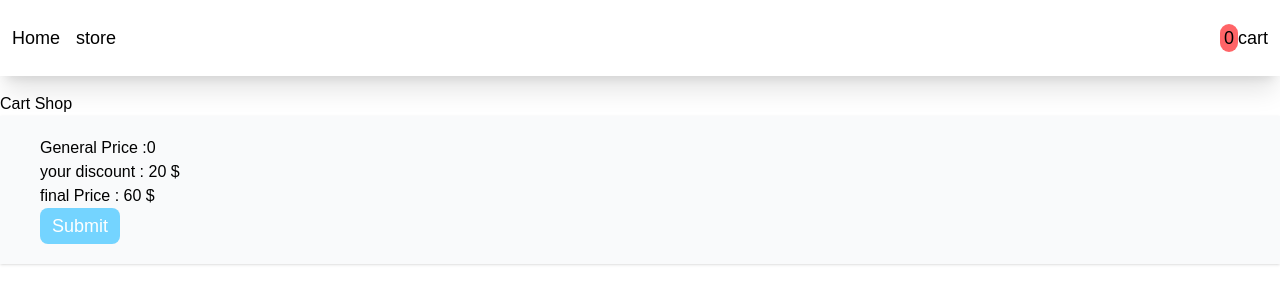
Repository: Rohullah-Noori/Nextjs-online-shop
Page: /cart
An editor plug-in stored every save of this project. The page is shown before and after the next save, followed by the edit.
The browser window is 1280 px wide. The pictures show the whole page.
The project was rebuilt for these pictures with package versions that can differ from the ones it lists, and the page was loaded fresh each time. The framework's server and built-in components were replaced by stand-ins that run in the browser. Requests to the local data server were answered from the project's data file. Also part of the build but not shown: next.config.ts, src/app/components/AddToCart.tsx, src/app/components/CartItem.tsx.

Above is the page before, as saved 2025-05-13 16:32:38.

### src/app/cart/page.tsx
"use client";

import React, { useEffect, useState } from "react";
import Container from "../components/Container";
import CartItem from "../components/CartItem";
import { useShopingContextCustim } from "../context/page";
import axios from "axios";
import { IProductsProps } from "../components/Products";
import { formatNumber } from "@/utils/number";

export default function Cart() {
  const { cart } = useShopingContextCustim();

  const [data, setData] = useState<IProductsProps[]>([]);

  useEffect(() => {
    axios(`http://localhost:3004/products`).then((res) => {
      const { data } = res;
      setData(data);
    });
  }, []);

  console.log(data);

  return (
    <Container>
      <h1>Cart Shop</h1>
      {cart.map((item) => (
        <CartItem key={item.id} {...item} />
      ))}

      <div className="shadow bg-gray-50 gap-y-3 px-10 py-5 ">
        <p>
          General Price :
          <span>
            {formatNumber(
              cart.reduce((total, item) => {
                const selectedproduct = data.find(
                  (product) => product.id == item.id.toString()
                );
                return total + (selectedproduct?.price ?? 0) * item.qty;
              }, 0)
            )}
          </span>
        </p>
        <p>
          your discount : <span>20 $</span>{" "}
        </p>
        <p>
          final Price : <span>60 $</span>
        </p>
        <div className=" flex justify-start gap-x-3">
          <button className=" px-3 py-1 rounded-lg bg-sky-300 text-white text-lg">
            Submit
          </button>
          {/* <input
            type="text"
            value={"please enter your discount code"}
            className="w-[300px] bg-sky-50 rounded-lg px-3 text-gray-400"
          /> */}
        </div>
      </div>
    </Container>
  );
}

### src/app/components/Layout.tsx
import React from "react";
import Navbar from "./Navbar";

interface IlayoutProps {
  children: React.ReactNode;
}

export default function Layout({ children }: IlayoutProps) {
  return (
    <div>
      <Navbar />
      {children}
    </div>
  );
}

### src/app/context/page.tsx
"use client";
import React, { createContext, useContext, useState } from "react";

type IshopContextProps = {
  children: React.ReactNode;
};

type cartItems = {
  id: number;
  qty: number;
};

type TshopingContext = {
  cart: cartItems[];
  HandleincreasetoCard: (id: number) => void;
  getProductqty: (id: number) => number;
  totalitemsqty: number;
  handledecreasetoCard: (id: number) => void;
  RemovehandleSubmit: (id: number) => void;
};

const shopingContext = createContext({} as TshopingContext);

export const useShopingContextCustim = () => {
  return useContext(shopingContext);
};

export default function ConextShop({ children }: IshopContextProps) {
  const [cart, setCart] = useState<cartItems[]>([]);

  const getProductqty = (id: number) => {
    return cart.find((item) => item.id == id)?.qty ?? 0;
  };

  const totalitemsqty = cart.reduce((totalgqty, item) => {
    return totalgqty + item.qty;
  }, 0);

  const HandleincreasetoCard = (id: number) => {
    setCart((prev) => {
      const isnotExist = prev.find((item) => item.id === id) == null;
      if (isnotExist) {
        return [...prev, { id: id, qty: 1 }];
      } else {
        return prev.map((item) => {
          if (item.id == id) {
            return { ...item, qty: item.qty + 1 };
          } else {
            return item;
          }
        });
      }
    });
  };

  const handledecreasetoCard = (id: number) => {
    setCart((prev) => {
      const islastOne = prev.find((item) => item.id == id)?.qty == 1;
      if (islastOne) {
        return prev.filter((item) => item.id != id);
      } else {
        return prev.map((item) => {
          if (item.id == id) {
            return {
              ...item,
              qty: item.qty - 1,
            };
          } else {
            return item;
          }
        });
      }
    });
  };

  const RemovehandleSubmit = (id: number) => {
    setCart((prev) => {
      return prev.filter((item) => item.id != id);
    });
  };

  return (
    <shopingContext.Provider
      value={{
        cart,
        HandleincreasetoCard,
        getProductqty,
        totalitemsqty,
        handledecreasetoCard,
        RemovehandleSubmit,
      }}
    >
      {children}
    </shopingContext.Provider>
  );
}

### src/app/components/Container.tsx
import React from "react";
interface IContainerProps {
  children: React.ReactNode;
}

export default function Container({ children }: IContainerProps) {
  return <div className="container mx-auto">{children}</div>;
}

### src/utils/number.tsx
export function formatNumber(num: number) {
  return num.toString().replace(/\B(?=(\d{3})+(?!\d))/g, ",");
}

### src/app/components/Navbar.tsx
"use client";
import Link from "next/link";
import { usePathname } from "next/navigation";

import React from "react";
import Container from "./Container";
import { useShopingContextCustim } from "../context/page";

export default function Navbar() {
  const { totalitemsqty } = useShopingContextCustim();
  const pathname = usePathname();
  const navlinks = [
    {
      title: "Home",
      href: "/",
    },
    {
      title: "store",
      href: "/store",
    },
  ];

  return (
    <nav className="  flex p-3 mb-4 text-lg  shadow-xl  ">
      <Container>
        <div className="flex justify-between my-3 ">
          <div>
            {navlinks.map((item) => (
              <Link
                key={item.href}
                className={`mr-4 ${
                  pathname === item.href ? "text-sky-400" : ""
                }`}
                href={item.href}
              >
                {item.title}
              </Link>
            ))}
          </div>
          <div>
            <span className="bg-red-400 rounded-4xl p-1">{totalitemsqty}</span>
            <Link href="/cart">cart</Link>
          </div>
        </div>
      </Container>
    </nav>
  );
}

### database/db.json
{
  "products": [
    {
      "id": "1",
      "title": " Product 1",
      "price": 30,
      "description": "Kitchen sinks are essential for washing dishes, vegetables, and hands.\nKitchen lamps provide focused lighting for cooking and food preparation.\nCabinets store utensils, cookware, and pantry items in an organized way.\nCountertops offer space for chopping, mixing, and serving meals.\nStoves and ovens are central for cooking a variety of dishes.\nRefrigerators keep food fresh and beverages cold.\nThese materials make the kitchen functional, efficient, and enjoyable to use.",
      "image": "https://m.media-amazon.com/images/I/71r1BLOWnkL._AC_UF894,1000_QL80_.jpg"
    },
    {
      "id": "2",
      "title": " Product 2",
      "price": 10,
      "description": "Household cleaners like glass and ceramic cleaners help keep surfaces shiny and free from stains.\nThey remove dirt, grease, and bacteria, making the home healthier.\nGlass cleaners leave mirrors and windows streak-free and crystal clear.\nCeramic cleaners restore the shine of tiles and prevent mold growth.\nRegular use of these products extends the life of surfaces.\nThey also reduce unpleasant odors and leave a fresh scent.\nUsing the right cleaner makes cleaning faster and more effective.",
      "image": "https://media.istockphoto.com/id/510693044/photo/house-cleaning-product-on-wood-table.jpg?s=612x612&w=0&k=20&c=EZfeRCDgSMPnqG684zQBOqyNfDGx9JWTXS1Q2Lhrjy4="
    },
    {
      "id": "3",
      "title": " Product 3",
      "price": 20,

      "description": "Household cleaning tools like toothbrushes and bathroom brushes help maintain personal and home hygiene.\nToilet brushes are essential for keeping toilets clean and germ-free.\nShampoo is not only for hair but can also be used for gentle surface cleaning.\nCeramic cleaners remove stains and keep tiles shiny and fresh.\nKitchen floor cleaners remove grease and food residue for a safer cooking space.\nYard floor cleaners help",

      "image": "https://t3.ftcdn.net/jpg/01/91/32/34/360_F_191323402_W2ATUPr8dGHALHrvyX4WVlEDz4qXmmd9.jpg"
    },
    {
      "id": "4",
      "title": " Product 4",
      "price": 100,
      "description": "Bedroom essentials like pillows and beds provide comfort and support for restful sleep.\nSoft blankets and bed sheets add warmth and relaxation.\nCurtains help control light and add privacy to your room.\nClosets and drawers keep clothes and accessories organized.\nNightstands are useful for holding lamps, books, or phones.\nCarpets add a cozy feeling and reduce noise in the room.\nThese home materials make the bedroom more comfortable and functional.",
      "image": "https://a-static.besthdwallpaper.com/colorful-cartoon-design-with-open-door-and-household-items-wallpaper-1152x768-102826_36.jpg"
    },
    {
      "id": "5",
      "title": " Product 5",
      "price": 80,
      "description": "Chairs provide comfortable seating and come in various styles for different rooms.\nLamps add both light and ambiance, making spaces feel warm and inviting.\nWall art and paintings bring personality and color to your home.\nShelves and stands help organize books, plants, and decorative items.\nRugs define areas and add texture to floors.\nMirrors enhance light and make rooms appear more spacious.\nDecorations reflect your style and turn a house into a home.",
      "image": "https://plus.unsplash.com/premium_photo-1683133958062-12afa652a4fb?fm=jpg&q=60&w=3000&ixlib=rb-4.0.3&ixid=M3wxMjA3fDB8MHxzZWFyY2h8OXx8aG9tZSUyMGRlY29yfGVufDB8fDB8fHww"
    },
    {
      "id": "6",
      "title": " Product 6",
      "price": 5,
      "description": "Fruits are a natural source of vitamins, minerals, and fiber. They come in a variety of colors, shapes, and flavors. Eating fruits regularly helps boost your immune system. Some common fruits include apples, bananas, oranges, and grapes. Fruits are a delicious and healthy snack for any time of day.Many fruits grow on trees, bushes, or vines depending on the type. Tropical fruits like mangoes and pineapples thrive in warm climates.",

      "image": "https://t3.ftcdn.net/jpg/06/06/15/56/360_F_606155606_rFYHJP0uKgPNdpT3NoDbucxp0h38rlWb.jpg"
    }
  ]
}

Loaded but not shown: src/app/layout.tsx (common file); src/app/globals.css (common file)

After the next save:
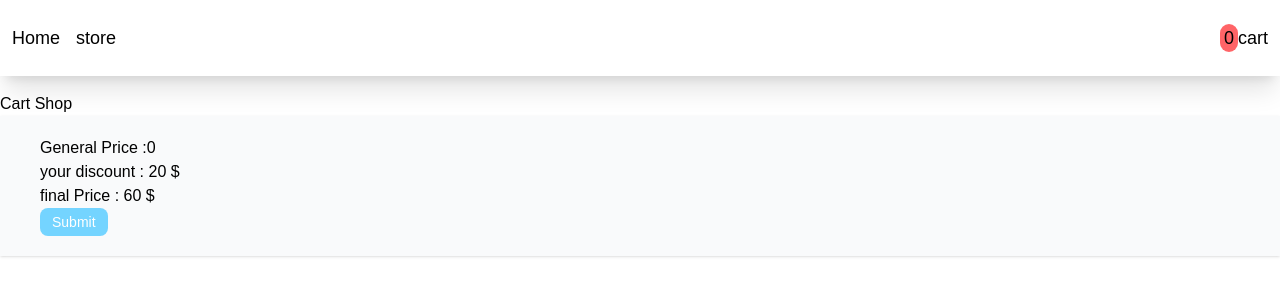
Saved 4 s later.
--- a/src/app/cart/page.tsx
+++ b/src/app/cart/page.tsx
@@ -50,7 +50,7 @@ export default function Cart() {
           final Price : <span>60 $</span>
         </p>
         <div className=" flex justify-start gap-x-3">
-          <button className=" px-3 py-1 rounded-lg bg-sky-300 text-white text-lg">
+          <button className=" px-3 py-1 rounded-lg bg-sky-300 text-white text-sm">
             Submit
           </button>
           {/* <input
